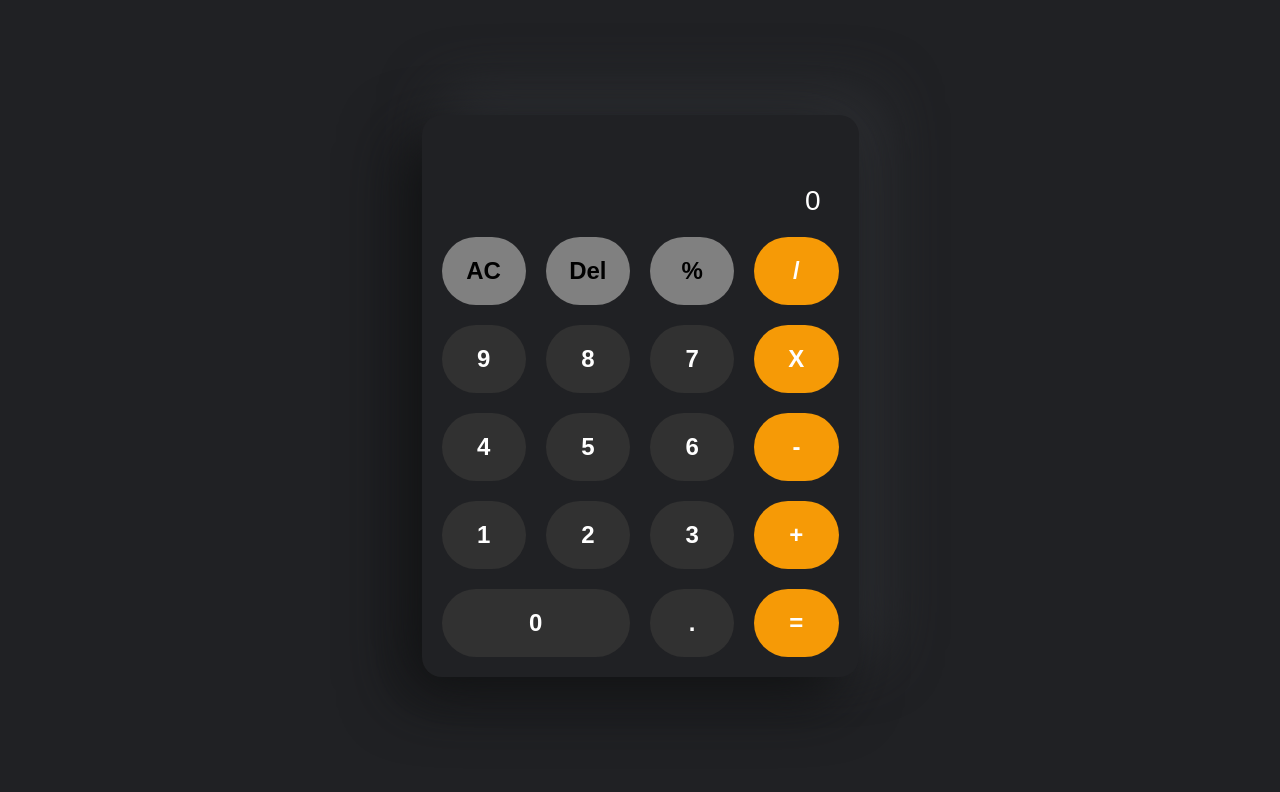
Repository: ble-syn/reactCalculator
Page: /
An editor plug-in stored every save of this project. The page is shown before and after the next save, followed by the edit.
The browser window is 1280 px wide. The pictures show the whole page.
The project was rebuilt for these pictures with package versions that can differ from the ones it lists, and the page was loaded fresh each time.

Above is the page before, as saved 2022-10-06 22:55:14.

After the next save:
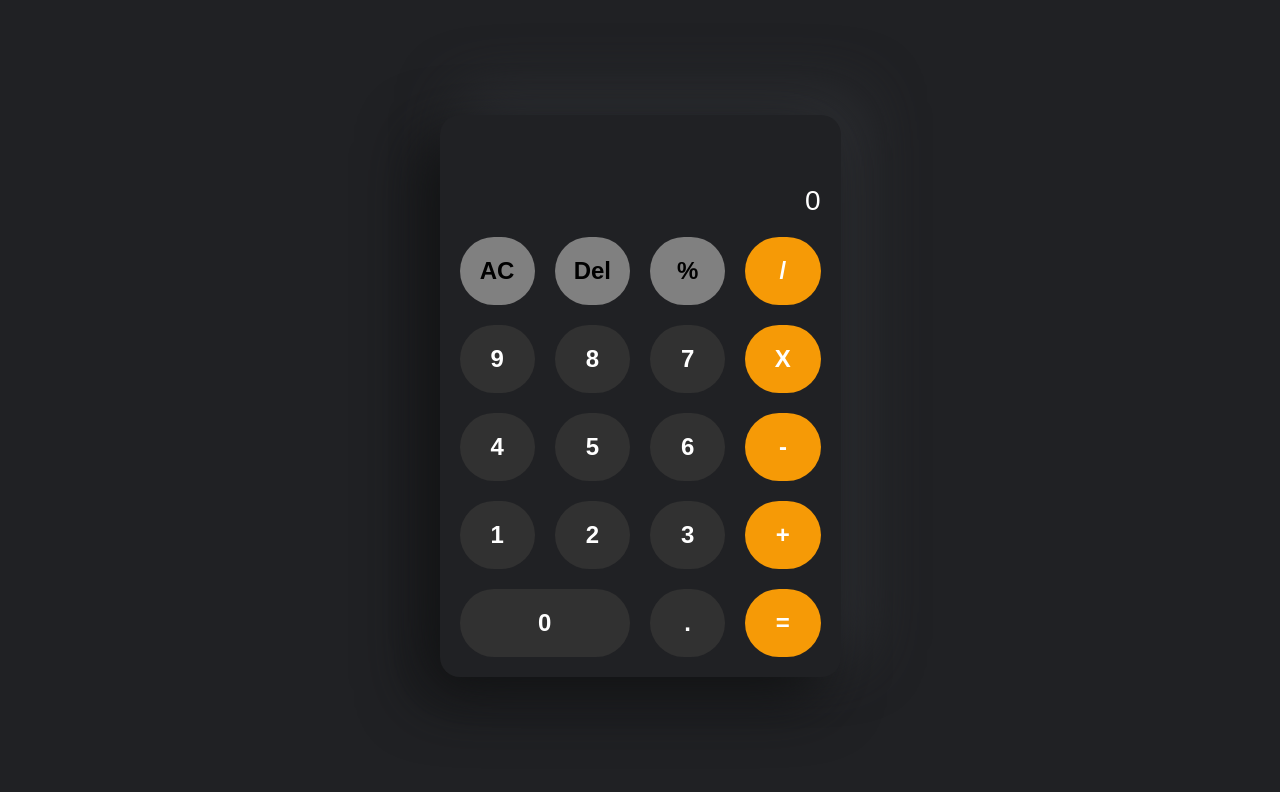
Saved 25 s later.
--- a/src/index.css
+++ b/src/index.css
@@ -28,7 +28,7 @@ body{
   width: 100%;
   text-align: right;
   font-size: 28px;
-  padding: 50px 18px 20px;
+  padding: 50px 0px 20px;
   color: #fff;
   background-color: #202124;
 }
